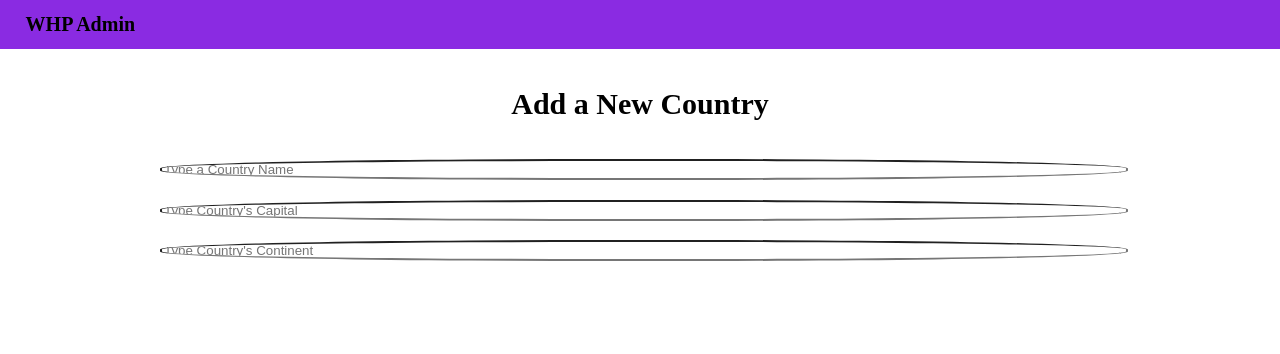
Repository: sabinaPetrisor/World_Hour_Project
Page: http://localhost/WorldHourProject/jsp/add-country.jsp
These files come from the project's save history. The page is drawn as it stood at one moment and after the next save; the edit follows.
The browser window is 1280 px wide. The pictures show the whole page.
The page is served by Tomcat 9. Other server files are loaded and not shown.

Above is the page before, as saved 2023-08-04 12:27:58.

### WorldHourProject/src/main/webapp/jsp/add-country.jsp
<%@ page language="java" contentType="text/html; charset=UTF-8"
    pageEncoding="UTF-8"%>
<!DOCTYPE html>
<html>
<head>
	<meta name="viewport" content="width=device-width, initial-scale=1" charset="UTF-8">
	<title>World Hour Project Add Country</title>
	<style> <%@include file="../css/navbar.css" %> </style>
	<style> <%@include file="../css/admin.css" %> </style>
	<style> <%@include file="../css/add-page-admin.css" %> </style>
</head>
<body>
	<%@include file="navbar.jsp" %>

	<div class="content-container">
		<p class="content-container-title">Add a New Country</p>
		<div class="add-form-container">
			<form class="add-form">
				<input type="text" placeholder="Type a Country Name" class="insert-text" name="country-name">
				<input type="text" placeholder="Type Country's Capital" class="insert-text" name="country-capital">
				<input type="text" placeholder="Type Country's Continent" class="insert-text" name="country-continent">
			</form>
		</div>
	</div>
</body>
</html>

### WorldHourProject/src/main/webapp/css/navbar.css
.header-container {
	position: relative;
	width: 100%;
	background-color: blueviolet;
	display: flex;
}

.header-title {
	padding-top: 1%;
	padding-bottom: 1%;
	margin-left: 2%;
	margin-right: 2%;
}

.home-page-title {
	font-size: 20px;
	font-weight: bold;
	width: auto;
}

.home-page-title:hover {
	color: cadetblue;
	cursor: pointer;
}

### WorldHourProject/src/main/webapp/css/admin.css
@charset "UTF-8";
* {
	margin: 0;
	width: 100%;
}

.content-container {
	margin-top: 3%;
}

.content-container-title {
	text-align: center;
	font-size: 30px;
	font-weight: bold;
	margin-bottom: 3%;
}

.btn-container {
	display: flex;
	justify-content: center;
}

.add-button {
	padding: 1%;
	margin-bottom: 3%;
	background-color: blueviolet;
	border: none;
	text-align: center;
	font-weight: bold;
	width:auto;
	cursor: pointer;
}

.tbl {
	margin: 0 auto;
	border-collapse: collapse;
	table-layout: auto;
	width: auto;

}

.tbl-col-names {
	border: 2px solid blueviolet;
	background-color: blueviolet;
}

.tbl td, .tbl-col-names th {
  border: 1px solid #dddddd;
  text-align: center;
  width: auto;
}

.tbl tr:nth-child(even) {
  background-color: #dddddd;
}

### WorldHourProject/src/main/webapp/css/add-page-admin.css
@charset "UTF-8";
* {
	margin: 0;
	width: 100%;
}

.add-form-container {
	display: flex;
	justify-content: center;
}

.add-form {
	width: 75%;
}

.insert-text {
	margin-bottom: 2%;
	border-radius: 45%;
}

### WorldHourProject/src/main/webapp/jsp/navbar.jsp
<div class="header-container">
	<div class="header-title">
		<span class="home-page-title">WHP Admin</span>
	</div>
</div>

After the next save:
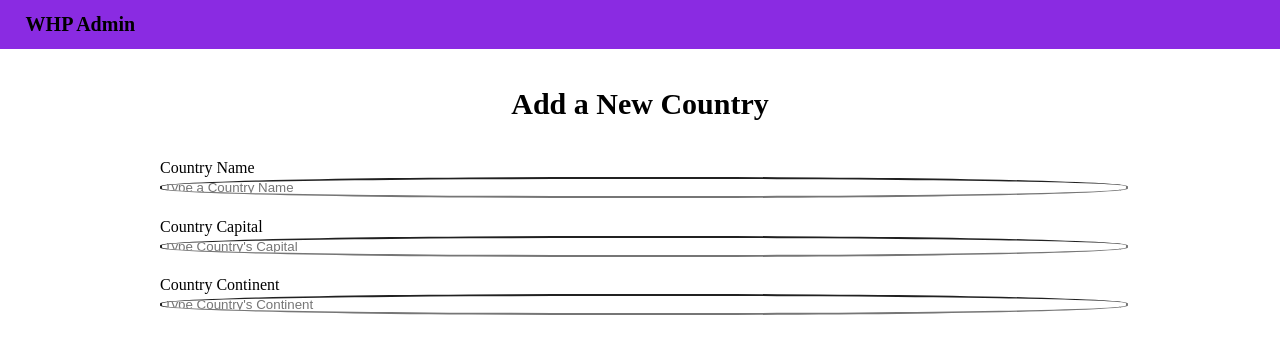
Saved 2 min 26 s later.
--- a/WorldHourProject/src/main/webapp/jsp/add-country.jsp
+++ b/WorldHourProject/src/main/webapp/jsp/add-country.jsp
@@ -16,9 +16,12 @@
 		<p class="content-container-title">Add a New Country</p>
 		<div class="add-form-container">
 			<form class="add-form">
-				<input type="text" placeholder="Type a Country Name" class="insert-text" name="country-name">
-				<input type="text" placeholder="Type Country's Capital" class="insert-text" name="country-capital">
-				<input type="text" placeholder="Type Country's Continent" class="insert-text" name="country-continent">
+				<label for="cname">Country Name</label>
+				<input type="text" placeholder="Type a Country Name" class="insert-text" id="cname" name="country-name">
+				<label for="ccapital">Country Capital</label>
+				<input type="text" placeholder="Type Country's Capital" class="insert-text" id="ccapital" name="country-capital">
+				<label for="ccontinent">Country Continent</label>
+				<input type="text" placeholder="Type Country's Continent" class="insert-text" id="ccontinent" name="country-continent">
 			</form>
 		</div>
 	</div>
